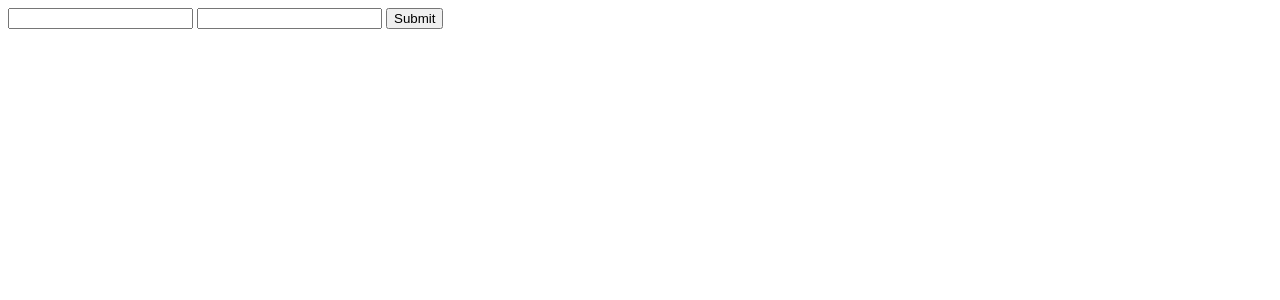
Repository: amirdt22/CT390_Project
Page: http://localhost/craig-project/
The author's editor kept a copy of each file at every save. The page is drawn from the files as they stood at one save, then again after the next save.
The browser window is 1280 px wide. The pictures show the whole page.
The page is served by Tomcat 9. Other server files are loaded and not shown.

Above is the page before, as saved 2012-04-22 12:41:06.

### craig-project/WebContent/index.jsp
<%@ page language="java" contentType="text/html; charset=UTF-8"
    pageEncoding="UTF-8"%>
<!DOCTYPE html PUBLIC "-//W3C//DTD HTML 4.01 Transitional//EN" "http://www.w3.org/TR/html4/loose.dtd">
<html>
<head>
<meta http-equiv="Content-Type" content="text/html; charset=UTF-8">
<title>Insert title here</title>
</head>
<body>
<form action="Login" method="POST">
	<input type="text" name="username" id="username">
	<input type="password" name="password" id="password">
	<input type="submit"/>
</form>
</body>
</html>

After the next save:
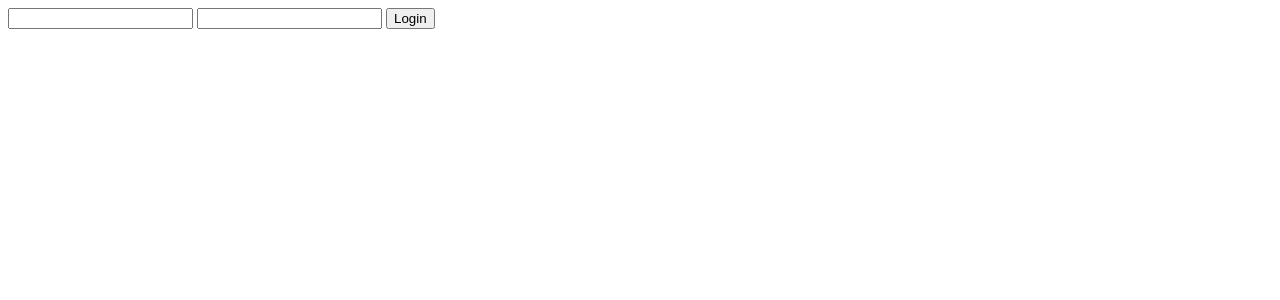
Saved 83 s later.
--- a/craig-project/WebContent/index.jsp
+++ b/craig-project/WebContent/index.jsp
@@ -10,7 +10,7 @@
 <form action="Login" method="POST">
 	<input type="text" name="username" id="username">
 	<input type="password" name="password" id="password">
-	<input type="submit"/>
+	<input type="submit" value="Login" id="loginSubmit"/>
 </form>
 </body>
 </html>
